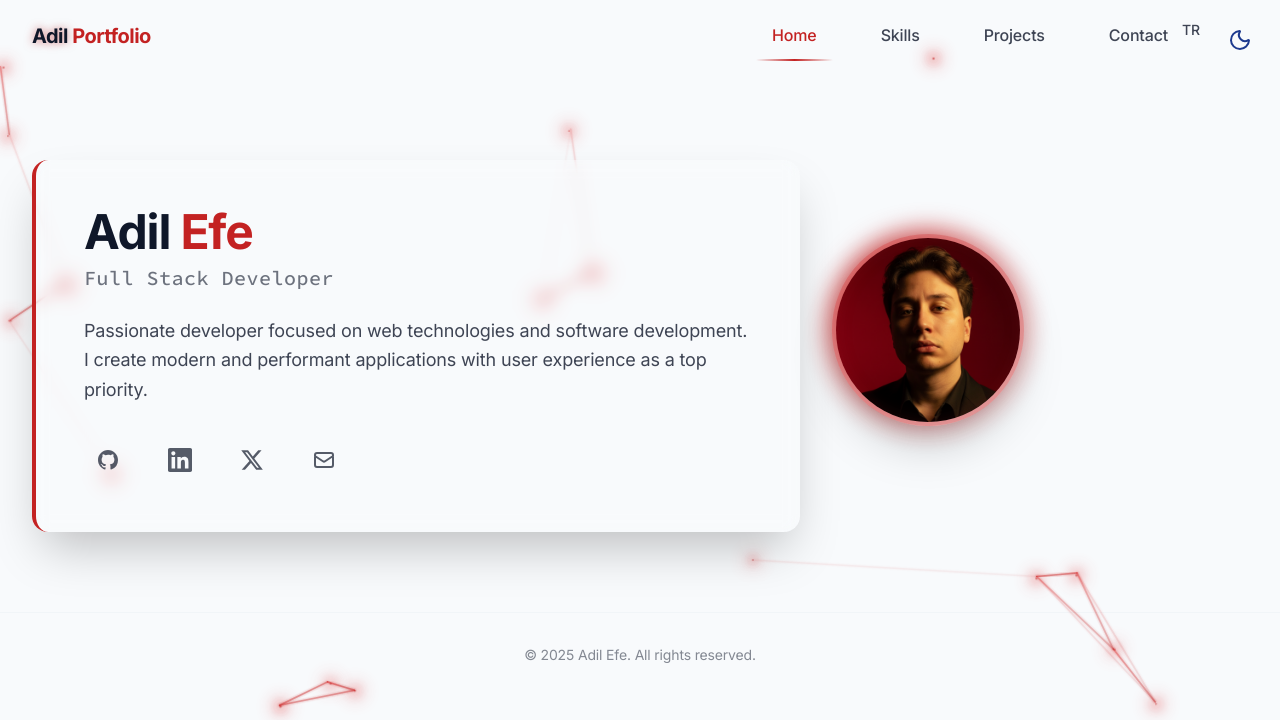
Repository: jusiann/personal-portfolio
Page: / (app in my-portfolio/)
These files come from the project's save history. The page is drawn as it stood at one moment and after the next save; the edit follows.
The browser window is 1280 px wide. The pictures show the whole page.
The project was rebuilt for these pictures with package versions that can differ from the ones it lists, and the page was loaded fresh each time. Also part of the build but not shown: my-portfolio/vite.config.js, my-portfolio/src/pages/Skills.jsx, my-portfolio/src/pages/Projects.jsx, my-portfolio/src/pages/Contact.jsx, my-portfolio/src/pages/NotFound.jsx.

Above is the page before, as saved 2025-11-19 23:13:05.

After the next save:
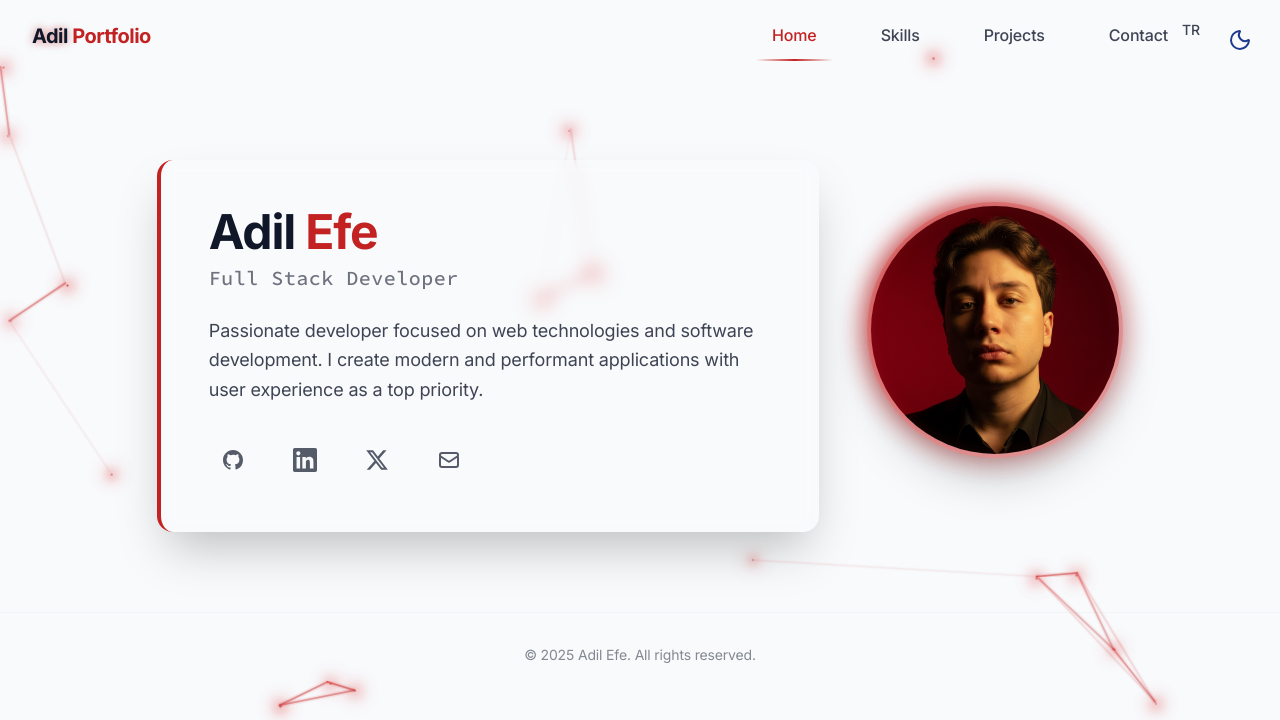
Saved 54 s later.
--- a/my-portfolio/src/components/ProfileCard.jsx
+++ b/my-portfolio/src/components/ProfileCard.jsx
@@ -1,7 +1,7 @@
 export const ProfileCard = ({ children, profileImage }) => {
 
     return (
-        <div className="relative w-full max-w-5xl px-4 py-8 mt-20 flex items-center gap-8">
+        <div className="relative w-[80%] mx-auto px-4 py-8 mt-20 flex items-center gap-12">
             {/* Ana kart yapısı - backdrop blur ve opacity ile saydam etki */}
             <div
                 className="
--- a/my-portfolio/src/components/ProfileImage.jsx
+++ b/my-portfolio/src/components/ProfileImage.jsx
@@ -30,10 +30,10 @@ export const ProfileImage = ({ src, alt = "Profile" }) => {
                 <div
                     className="
                         relative
-                        w-32
-                        h-32
-                        md:w-48
-                        md:h-48
+                        w-40
+                        h-40
+                        md:w-64
+                        md:h-64
                         rounded-full
                         overflow-hidden
                         border-4
